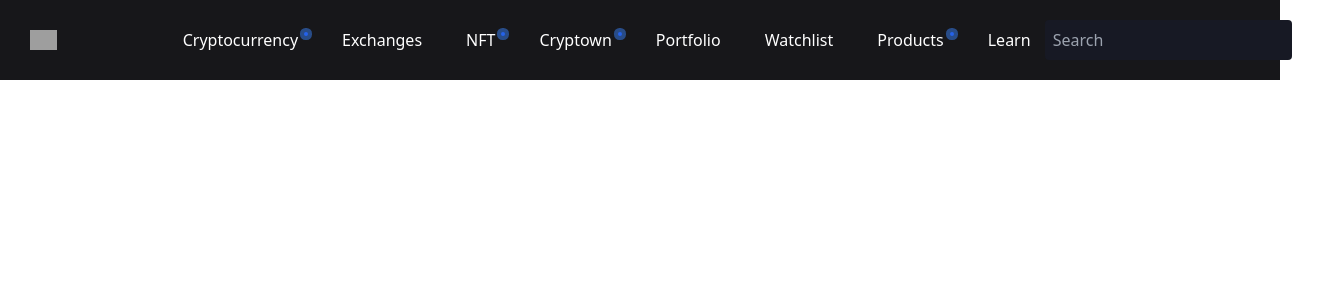
Repository: RayHuang880301/coinmarketcap-clone
Page: /
These files come from the project's save history. The page is drawn as it stood at one moment and after the next save; the edit follows.
The browser window is 1280 px wide. The page is 1308 px wide, then 1332 px, so the pictures cover 1332 px, including what lies to the right of the window. The pictures show the whole page.
Pictures or frames that could not be fetched are drawn as grey boxes. The project was rebuilt for these pictures with package versions that can differ from the ones it lists, and the page was loaded fresh each time. The framework's server and built-in components were replaced by stand-ins that run in the browser.

Above is the page before, as saved 2022-06-05 17:30:41.

After the next save:
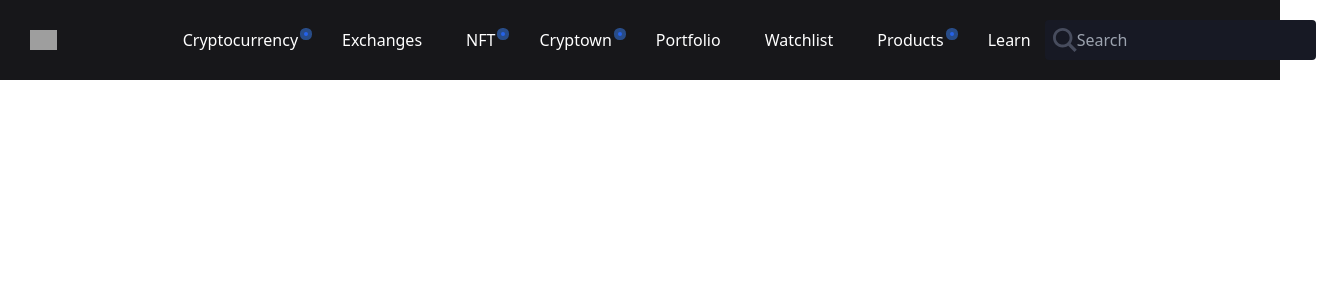
Saved 8 min 9 s later.
--- a/components/Header.tsx
+++ b/components/Header.tsx
@@ -1,5 +1,6 @@
 import React from 'react'
 import Image from "next/image"
+import Search from '../assets/svg/search'
 
 const styles = {
   navLink: `text-white flex mx-[10px]`,
@@ -61,6 +62,7 @@ const Header = () => {
         </nav>
         <div className='flex items-center'>
           <div className={styles.inputContainer}>
+            <Search/>
             <input className={styles.input} placeholder = 'Search' />
           </div>
         </div>
